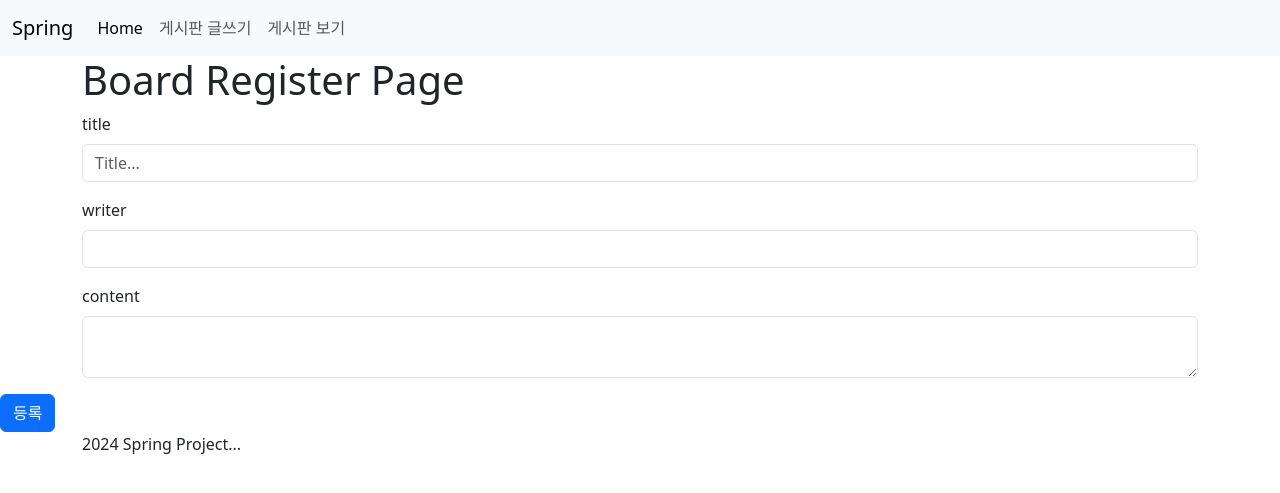
Repository: ehdwo13/ezen
Page: http://localhost/spring_test2/WEB-INF/views/board/register.jsp
An editor plug-in stored every save of this project. The page is shown before and after the next save, followed by the edit.
The browser window is 1280 px wide. The pictures show the whole page.
The page is served by Tomcat 9. Nobody is signed in. The template is opened directly, without the code that normally fills it, so the values that code supplies are empty.

Above is the page before, as saved 2024-05-01 03:37:53.
Console error: TypeError: Cannot read properties of null (reading 'addEventListener')

After the next save:
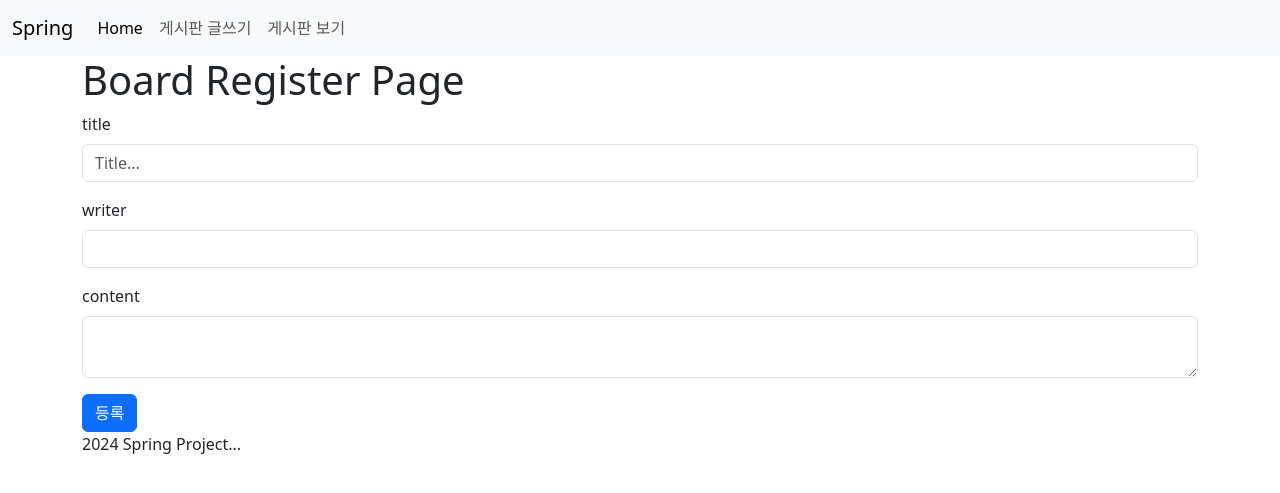
Saved 17 s later.
--- a/spring_test2/src/main/webapp/WEB-INF/views/board/register.jsp
+++ b/spring_test2/src/main/webapp/WEB-INF/views/board/register.jsp
@@ -24,7 +24,7 @@
 		</div>
 		<div class="mb-3" id="fileZone"> -->
 
-		</div>
+		<!-- </div> -->
 		<button type="submit" class="btn btn-primary" id="regBtn">등록</button>
 	</form>
 </div>
